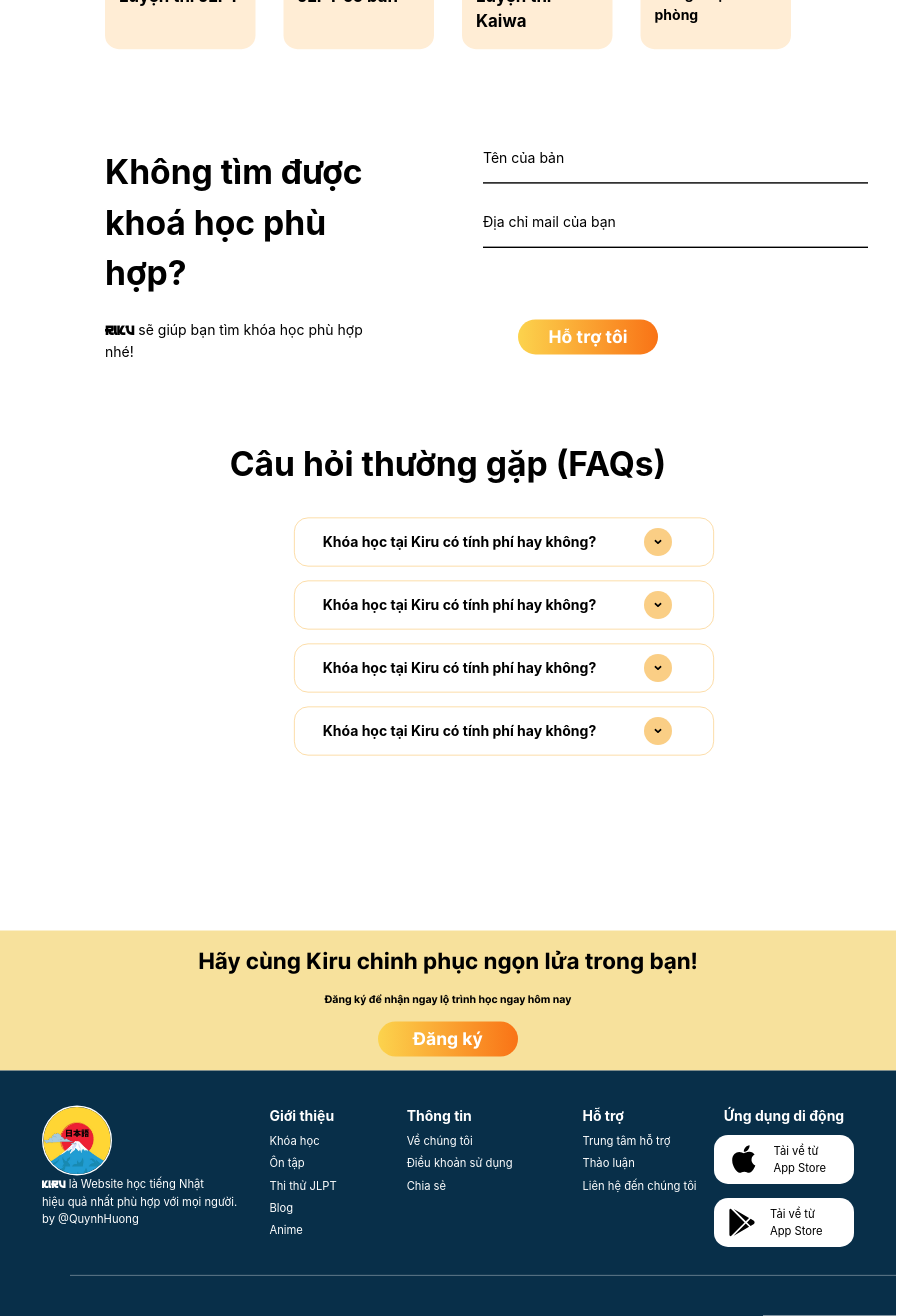
Repository: Quynhhuong150322/Kiru_Website-hoc-tieng-Nhat
Page: /
These files come from the project's save history. The page is drawn as it stood at one moment and after the next save; the edit follows.
The browser window is 1280 px wide. The page is 1300 px wide, so the pictures cover 1300 px, including what lies to the right of the window. The pictures show the part of the page from y = 3245 to 5125 px (the page is 5125 px tall), at 70% of full size.
The project was rebuilt for these pictures with package versions that can differ from the ones it lists, and the page was loaded fresh each time.

Above is the page before, as saved 2023-08-17 02:44:12.

### public/index.html
<!DOCTYPE html>
<html lang="en">
  <head>
    <meta charset="utf-8" />
    <link rel="icon" href="%PUBLIC_URL%/favicon.ico" />
    <meta name="viewport" content="width=device-width, initial-scale=1" />
    <meta name="theme-color" content="#000000" />
    <meta
      name="description"
      content="Web site created using create-react-app"
    />
    <link rel="apple-touch-icon" href="%PUBLIC_URL%/logo192.png" />
    <!--
      manifest.json provides metadata used when your web app is installed on a
      user's mobile device or desktop. See https://developers.google.com/web/fundamentals/web-app-manifest/
    -->
    <link rel="manifest" href="%PUBLIC_URL%/manifest.json" />
    <!--
      Notice the use of %PUBLIC_URL% in the tags above.
      It will be replaced with the URL of the `public` folder during the build.
      Only files inside the `public` folder can be referenced from the HTML.

      Unlike "/favicon.ico" or "favicon.ico", "%PUBLIC_URL%/favicon.ico" will
      work correctly both with client-side routing and a non-root public URL.
      Learn how to configure a non-root public URL by running `npm run build`.
    -->
    <title>Kiru web</title>
  </head>
  <body>
    <noscript>You need to enable JavaScript to run this app.</noscript>
    <div id="root"></div>
    <!--
      This HTML file is a template.
      If you open it directly in the browser, you will see an empty page.

      You can add webfonts, meta tags, or analytics to this file.
      The build step will place the bundled scripts into the <body> tag.

      To begin the development, run `npm start` or `yarn start`.
      To create a production bundle, use `npm run build` or `yarn build`.
    -->
  </body>
</html>

### src/index.js
import React from 'react';
import ReactDOM from 'react-dom/client';
import './index.css';
import App from './App';
import reportWebVitals from './reportWebVitals';
import { BrowserRouter} from "react-router-dom";


const root = ReactDOM.createRoot(document.getElementById('root'));
root.render(
  <React.StrictMode>
    <BrowserRouter>
      <App />
    </BrowserRouter>
  </React.StrictMode>
);

// If you want to start measuring performance in your app, pass a function
// to log results (for example: reportWebVitals(console.log))
// or send to an analytics endpoint. Learn more: https://bit.ly/CRA-vitals
reportWebVitals();

### src/App.js
import './App.css';
import HeaderBefor from "./component/header_footer/HeaderBefor";
import Footer from "./component/header_footer/footer";
// import MyRoutes from './route/MyRoutes';
import GioiThieu from "./component/Gioi_thieu"
import KhoaHocBefor from "./component/Khoa_hoc_befor";
import LienHe from "./component/Lien_he";
import FAQs from "./component/FAQs";


function App() {
  return (
    <div className = "bg-white">
      {/* <MyRoutes></MyRoutes> */}
      <HeaderBefor></HeaderBefor>
      <GioiThieu></GioiThieu>
      <KhoaHocBefor></KhoaHocBefor>
      <LienHe></LienHe>
      <FAQs></FAQs>
      <Footer></Footer>
    </div>
  );
}

export default App;

### src/App.css
.App {
  text-align: center;
}

.App-logo {
  height: 40vmin;
  pointer-events: none;
}

@media (prefers-reduced-motion: no-preference) {
  .App-logo {
    animation: App-logo-spin infinite 20s linear;
  }
}

.App-header {
  background-color: #282c34;
  min-height: 100vh;
  display: flex;
  flex-direction: column;
  align-items: center;
  justify-content: center;
  font-size: calc(10px + 2vmin);
  color: white;
}

.App-link {
  color: #61dafb;
}

@keyframes App-logo-spin {
  from {
    transform: rotate(0deg);
  }
  to {
    transform: rotate(360deg);
  }
}

@font-face {
  font-family: Japanese;
  src: url(./font/Japanese\ 3017.ttf);
}

@font-face {
  font-family: InterBold;
  src: url(./font/Inter-Bold.ttf);
}

@font-face {
  font-family: InterRegular;
  src: url(./font/Inter-Regular.ttf);
}

@font-face {
  font-family: Montserrat;
  src: url(./font/MontserratAlternates-Bold.otf);
}

### src/component/header_footer/HeaderBefor.js
import React from "react";
import logo from "../../image/logo.png"
import { Link } from "react-router-dom";

const Header = () => {
    return (
        <div className = "bg-white top-0 h-[70px] ">
            <div class="flex justify-between items-center p-1">
                <Link to = "/">
                    <div className="flex flex-row items-center gap-5 pl-[50px] justify-center">
                        <img
                            className="h-[55px] w-55px] rounded-full "
                            src = {logo}
                            alt = "logo"
                        />
                        <div className="font-japanese text-[40px] font-bold">Kiru</div>
                    </div>
                </Link>
                <div className=""></div>
                    <ul className="flex space-x-4 justify-start gap-10 font-interBold text-[17px] pr-28 ">
                        <li className="hover:text-yellow-500">
                            <Link to = "/GioiThieu">Giới Thiệu</Link>
                        </li>
                        <li className="hover:text-yellow-500">
                            <Link to = "/LienHe">Liên hệ</Link>
                        </li>
                        <li className="hover:text-yellow-500">
                            <Link to = "/KhoaHocBefor">Khoá học</Link>
                        </li>
                        <li className="hover:text-yellow-500">
                            <Link to = "/FAQs">FAQs</Link>
                        </li>
                    </ul>
                <div className="pr-[50px] flex items-center ">
                    <ul className="flex space-x-4 justify-start gap-1 font-interBold text-[17px] items-center">
                        <li>
                            <button
                                type="button"
                                className="w-[117px] h-10 rounded-[20px] hover:border-2 border-amber-500 hover:text-sky-500">
                                Đăng nhập
                            </button>
                        </li>
                        <li>
                            <button
                                type="button"
                                className = "w-28 h-10 rounded-[20px] text-white bg-gradient-to-r from-amber-300  to-orange-500 hover:border-2 border-amber-700 hover:text-sky-500">
                                Đăng ký
                            </button>
                        </li>
                    </ul>
                </div>
            </div>

        </div>
    );
};
export default Header;

### src/component/header_footer/footer.js
import React from "react";
import logo from "../../image/logo.png";
import {FaApple, FaGooglePlay} from "react-icons/fa";

const Footer = () => {
    return (
        <div class="h-[350px] bg-sky-950">
            <div className=" flex justify-between pt-[50px] px-[60px]">
                <div className="flex-initial w-[300px]">
                    <img
                        className="h-[100px] w-100px] rounded-full border-2 border-white"
                        src = {logo}
                        alt = "logo"
                    />
                    <p className="text-white"> <a className="font-bold font-japanese">Kiru</a> là Website học tiếng Nhật <p> hiệu quả nhất phù hợp với mọi người.</p> <p className="">by @QuynhHuong</p></p>
                </div>
                <div className="flex flex-row gap-[100px]">
                    <ul class="list-none text-white">
                        <li className="font-bold text-[20px]">Giới thiệu</li>
                        <li className="hover:text-yellow-500 pt-2">Khóa học </li>
                        <li className="hover:text-yellow-500 pt-2">Ôn tập </li>
                        <li className="hover:text-yellow-500 pt-2">Thi thử JLPT</li>
                        <li className="hover:text-yellow-500 pt-2">Blog</li>
                        <li className="hover:text-yellow-500 pt-2">Anime</li>
                    </ul>
                    <ul class="list-none text-white">
                        <li className="font-bold text-[20px]">Thông tin</li>
                        <li className="hover:text-yellow-500 pt-2">Về chúng tôi </li>
                        <li className="hover:text-yellow-500 pt-2">Điều khoản sử dụng</li>
                        <li className="hover:text-yellow-500 pt-2">Chia sẻ</li>
                    </ul>
                    <ul class="list-none text-white">
                        <li className="font-bold text-[20px]">Hỗ trợ</li>
                        <li className="hover:text-yellow-500 pt-2">Trung tâm hỗ trợ</li>
                        <li className="hover:text-yellow-500 pt-2">Thảo luận</li>
                        <li className="hover:text-yellow-500 pt-2">Liên hệ đến chúng tôi </li>
                    </ul>
                </div>
                <div className="">
                    <p className="text-white text-[20px] font-bold text-center pb-3">Ứng dụng di động</p>
                    <div className="h-[70px] w-[200px] bg-white rounded-[20px] flex gap-5 items-center">
                        <div className="pl-5">
                            <FaApple className="w-[45px] h-[45px]"/>
                        </div>
                        <div className="flex-initial w-64">
                            Tải về từ <p className="">App Store</p>
                        </div>
                    </div>
                    <div className="pt-5">
                        <div className="h-[70px] w-[200px] bg-white rounded-[20px] flex gap-5 items-center">
                            <div className="pl-5 ">
                                <FaGooglePlay className="w-[40px] h-[40px]"/>
                            </div>
                            <div className="flex-initial w-64">
                                Tải về từ <p className="">App Store</p>
                            </div>
                        </div>
                    </div>
                </div>
            </div>
            <div className="pt-10 px-[100px]">
                <div className="h-[1px] w-[1200px] bg-white/50">

                </div>
            </div>
        </div>

    );
}
export default Footer;

### src/component/Khoa_hoc_befor.js
import React from "react";
import photo4 from "../image/photo4.png";
import photo5 from "../image/photo5.png";
import photo6 from "../image/photo6.png";
import photo7 from "../image/photo7.png";

const KhoaHocBefor = () => {
    return (
        <div className="">
            <div className="">
                <div className="pt-[100px] pl-[150px] font-inter font-bold text-[48px] w-[650px]">Gợi ý khóa học có thể phù hợp với bạn</div>
                <dic className="flex flex-row gap-10 px-[150px] py-10">
                    <div className="w-[250px] h-[350px] bg-orange-100 rounded-[20px] py-5 px-5">
                        <div className="">
                            <img
                                className=" rounded-[20px]  "
                                src = {photo4}
                                alt = "Photo4"
                            />
                        </div>
                        <div className="pt-5 font-inter font-bold text-[24px]">Luyện thi JLPT</div>
                    </div>
                    <div className="w-[250px] h-[350px] bg-orange-100 rounded-[20px] py-5 px-5">
                        <div className="">
                            <img
                                className=" rounded-[20px]  "
                                src = {photo5}
                                alt = "Photo5"
                            />
                        </div>
                        <div className="pt-5 font-inter font-bold text-[24px]">JLPT cơ bản</div>
                    </div>
                    <div className="w-[250px] h-[350px] bg-orange-100 rounded-[20px] py-5 px-5">
                        <div className="">
                            <img
                                className=" rounded-[20px]  "
                                src = {photo6}
                                alt = "Photo6"
                            />
                        </div>
                        <div className="pt-5 font-inter font-bold text-[24px]">Luyện thi Kaiwa</div>
                    </div>
                    <div className="w-[250px] h-[350px] bg-orange-100 rounded-[20px] py-5 px-5">
                        <div className="">
                            <img
                                className=" rounded-[20px]  "
                                src = {photo7}
                                alt = "Photo7"
                            />
                        </div>
                        <div className="pt-5 font-inter font-bold text-[20px]">Tiếng Nhật văn phòng</div>
                    </div>
                </dic>
            </div>
        </div>
    )
}
export default KhoaHocBefor;

### src/component/Lien_he.js
import React from "react";


const LienHe = () => {
    return (
        <div className="">
            <div className="grid grid-cols-2 gap-[100px] pt-[100px]">
                <div className="font-inter font-bold text-[48px] pl-[150px] ">Không tìm được khoá học phù hợp?</div>
                <div className="">
                    <div className="">
                        <p className="font-inter  text-[20px] pb-5">Tên của bản</p>
                        <div className="h-[2px] w-[550px] bg-black "></div>
                    </div>
                    <div className="">
                        <p className="font-inter  text-[20px] pb-5 pt-10">Địa chỉ mail của bạn</p>
                        <div className="h-[2px] w-[550px] bg-black "></div>
                    </div>
                </div>
            </div>
            <div className="grid grid-cols-2 gap-[200px] pt-[30px]">
                <div className="font-inter text-[20px] pl-[150px]"><a className="font-japanese font-bold">Riku</a> sẽ giúp bạn tìm khóa học phù hợp nhé!</div>
                <div className="">
                    <button
                        type="button"
                        className = "w-[200px] h-[50px] rounded-[40px] text-white bg-gradient-to-r from-amber-300  to-orange-500 hover:border-2 border-amber-700 hover:text-sky-500 font-interBold text-[25px] items-center">
                        Hỗ trợ tôi
                    </button>
                </div>
            </div>

        </div>
    )
}
export default LienHe;

### src/component/FAQs.js
import React from "react";
import {FaAngleDown} from "react-icons/fa";


const FAQs = () => {
    return (
        <div className="">
            <div className="">
                <div className="pt-[110px] font-inter font-bold text-[48px] text-center pb-10">Câu hỏi thường gặp (FAQs)</div>
                <div className="px-[420px] content-center  ">
                    <div className="h-[70px] w-[600px]  border border-amber-500/50 rounded-[20px]  px-10 grid grid-cols-2 gap-[400px] items-center">
                        <p className="flex-initial w-[800px] font-bold text-[20px]">Khóa học tại Kiru có tính phí hay không?</p>
                        <div className="w-[40px] h-[40px] bg-amber-500/50 rounded-[30px] items-center py-3 pl-3">
                            <FaAngleDown/>
                        </div>
                    </div>
                </div>
                <div className="px-[420px] content-center pt-5 ">
                    <div className="h-[70px] w-[600px]  border border-amber-500/50 rounded-[20px]  px-10 grid grid-cols-2 gap-[400px] items-center">
                        <p className="flex-initial w-[800px] font-bold text-[20px]">Khóa học tại Kiru có tính phí hay không?</p>
                        <div className="w-[40px] h-[40px] bg-amber-500/50 rounded-[30px] items-center py-3 pl-3">
                            <FaAngleDown/>
                        </div>
                    </div>
                </div>
                <div className="px-[420px] content-center pt-5 ">
                    <div className="h-[70px] w-[600px]  border border-amber-500/50 rounded-[20px]  px-10 grid grid-cols-2 gap-[400px] items-center">
                        <p className="flex-initial w-[800px] font-bold text-[20px]">Khóa học tại Kiru có tính phí hay không?</p>
                        <div className="w-[40px] h-[40px] bg-amber-500/50 rounded-[30px] items-center py-3 pl-3">
                            <FaAngleDown/>
                        </div>
                    </div>
                </div>
                <div className="px-[420px] content-center pt-5 ">
                    <div className="h-[70px] w-[600px]  border border-amber-500/50 rounded-[20px]  px-10 grid grid-cols-2 gap-[400px] items-center">
                        <p className="flex-initial w-[800px] font-bold text-[20px]">Khóa học tại Kiru có tính phí hay không?</p>
                        <div className="w-[40px] h-[40px] bg-amber-500/50 rounded-[30px] items-center py-3 pl-3">
                            <FaAngleDown/>
                        </div>
                    </div>
                </div>
            </div>
            <div className="pt-[250px] ">
                <div className="h-[200px] bg-yellow-500/40 items-center">
                    <div className="text-[32px] font-interBold text-center pt-5">Hãy cùng Kiru chinh phục ngọn lửa trong bạn!</div>
                    <p className="text-[15px] font-interBold text-center pt-5">Đăng ký để nhận ngay lộ trình học ngay hôm nay</p>
                    <div className="text-center pt-5">
                        <button
                            type="button"
                            className = "w-[200px] h-[50px] rounded-[40px] text-white bg-gradient-to-r from-amber-300  to-orange-500 hover:border-2 border-amber-700 hover:text-sky-500 font-interBold text-[25px] items-center">
                            Đăng ký
                        </button>
                    </div>
                </div>
            </div>
        </div>
    )
}
export default FAQs;

### tailwind.config.js
/** @type {import('tailwindcss').Config} */
module.exports = {
  content: ["./src/**/*.{html,js}"],
  // plugins: [require("tailwind-scrollbar")],
  theme: {
    extend: {
      fontSize: {
        sm: '9px',
        base: '13px',
        xl: '20px',
        '2xl': '60px',
        '3xl': '80px',
        '4xl': '90px',
        '5xl': '100px',
      }
    },
    screens: {
      'sm': {'min': '400px', 'max': '767px'},
      // => @media (min-width: 640px and max-width: 767px) { ... }

      'md': {'min': '768px', 'max': '1023px'},
      // => @media (min-width: 768px and max-width: 1023px) { ... }

      'lg': {'min': '1024px', 'max': '1279px'},
      // => @media (min-width: 1024px and max-width: 1279px) { ... }

      'xl': {'min': '1280px', 'max': '1535px'},
      // => @media (min-width: 1280px and max-width: 1535px) { ... }

      '2xl': {'min': '1536px'},
      // => @media (min-width: 1536px) { ... }
    },

    fontFamily: {
      japanese: ['"Japanese"'],
      interBold: ['"InterBold"'],
      interRegular: ['"InterRegular"'],
      montserrat: ['"Montserrat"']
    },
  },
  plugins: [],
}

Loaded but not shown: src/index.css (common file); src/reportWebVitals.js (common file); src/component/Gioi_thieu.js (187 lines, source omitted)

After the next save:
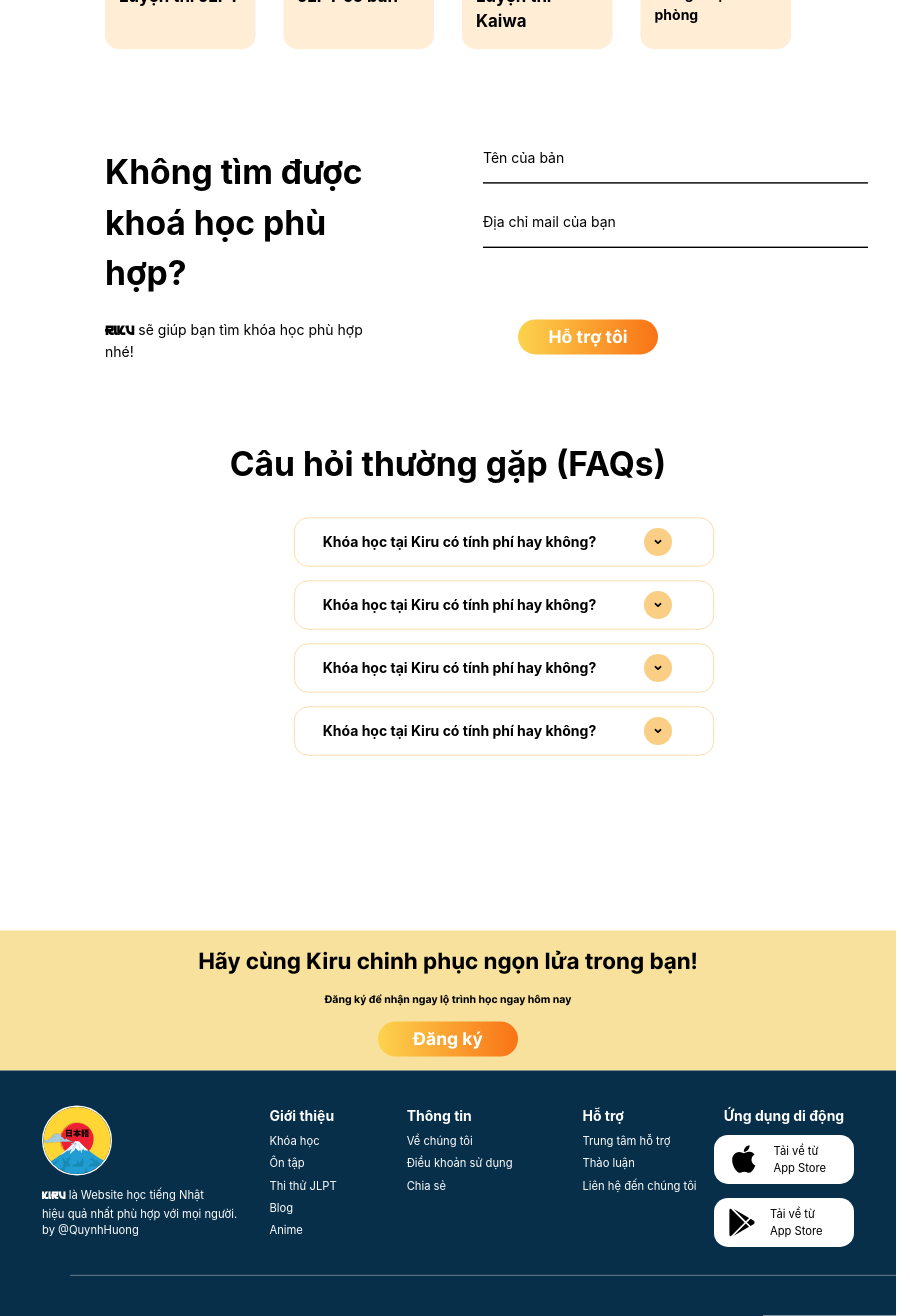
Saved 14 s later.
--- a/src/component/header_footer/footer.js
+++ b/src/component/header_footer/footer.js
@@ -12,7 +12,7 @@ const Footer = () => {
                         src = {logo}
                         alt = "logo"
                     />
-                    <p className="text-white"> <a className="font-bold font-japanese">Kiru</a> là Website học tiếng Nhật <p> hiệu quả nhất phù hợp với mọi người.</p> <p className="">by @QuynhHuong</p></p>
+                    <p className="text-white pt-4"> <a className="font-bold font-japanese">Kiru</a> là Website học tiếng Nhật <p> hiệu quả nhất phù hợp với mọi người.</p> <p className="">by @QuynhHuong</p></p>
                 </div>
                 <div className="flex flex-row gap-[100px]">
                     <ul class="list-none text-white">
